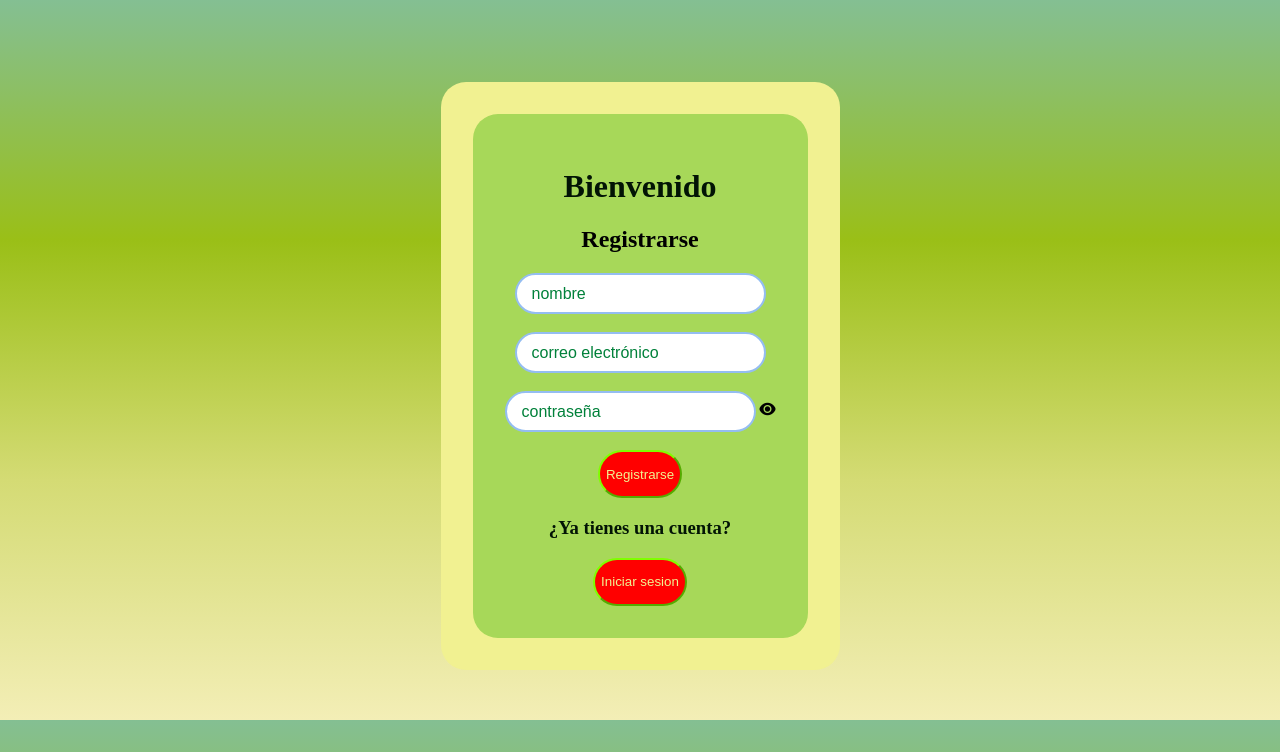
Repository: carrascokarencb37-afk/Nuura
Page: html/registrarse.html
These files come from the project's save history. The page is drawn as it stood at one moment and after the next save; the edit follows.
The browser window is 1280 px wide. The pictures show the whole page.
Backgrounds fixed to the window are drawn as part of the page. Some web libraries are served in a nearby version.

Above is the page before, as saved 2026-05-28 22:52:08.

After the next save:
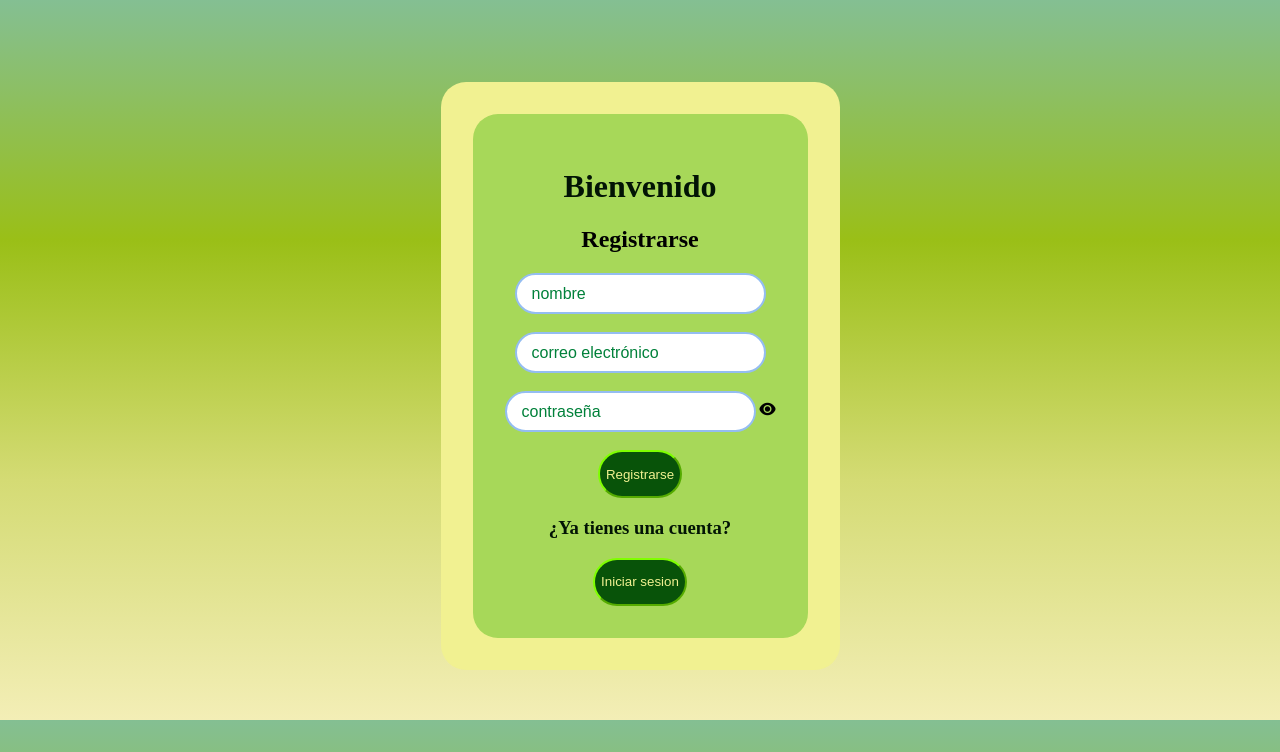
Saved 113 s later.
--- a/css/style.css
+++ b/css/style.css
@@ -100,7 +100,7 @@ input{
     height: 2rem;
     color: #F1F191;
     transition: 1s;
-    background-color: red;
+    background-color: rgb(8, 83, 9);
     height: 3rem;
     cursor: pointer;
 }
